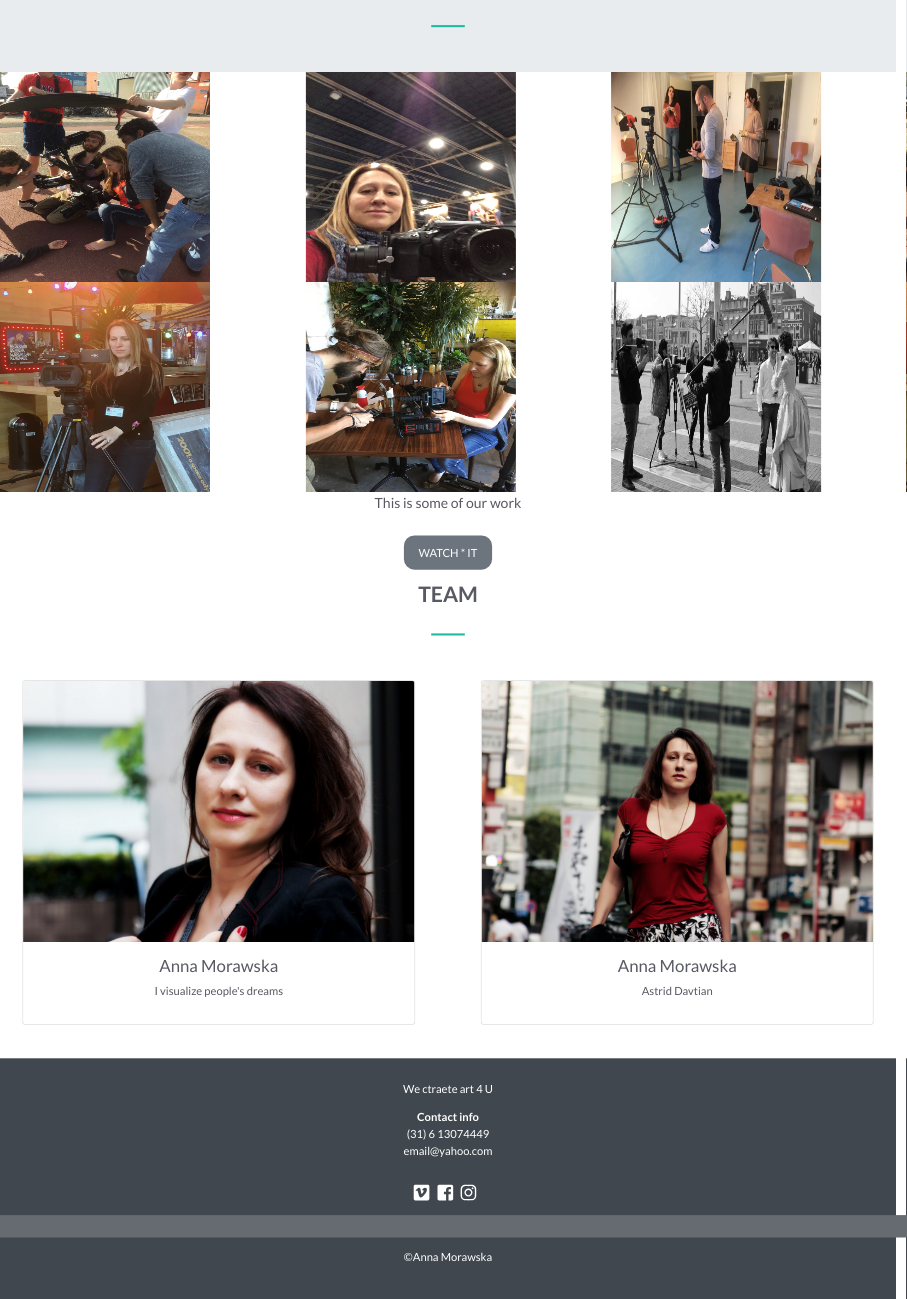
Repository: amorawskanew/My-first-website1
Page: index.html
The author's editor kept a record of every edit. The page is drawn from the files as they stood at one moment, then again after the next edit.
The browser window is 1280 px wide. The page is 1295 px wide, so the pictures cover 1295 px, including what lies to the right of the window. The pictures show the part of the page from y = 807 to 2687 px (the page is 2663 px tall before and 2687 px after), at 70% of full size.
Some web libraries are served in a nearby version.

Above is the page before.

After the next edit:
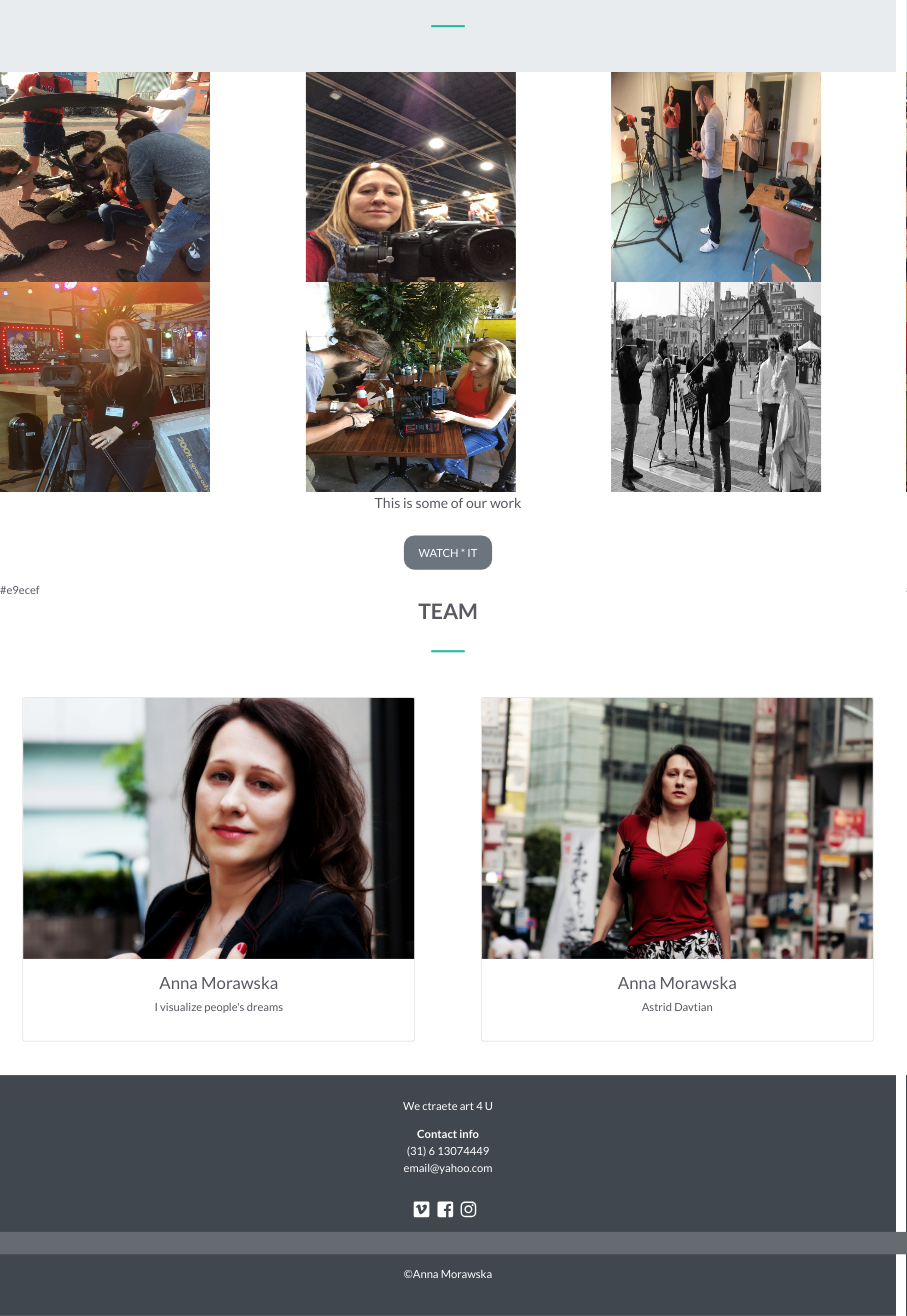
The edit:
--- a/index.html
+++ b/index.html
@@ -181,7 +181,7 @@
 
     </div><!--end jumbotron-->
 
-
+#e9ecef
 
     <!--end portfolio section-->
 

After the 3 edits that followed:
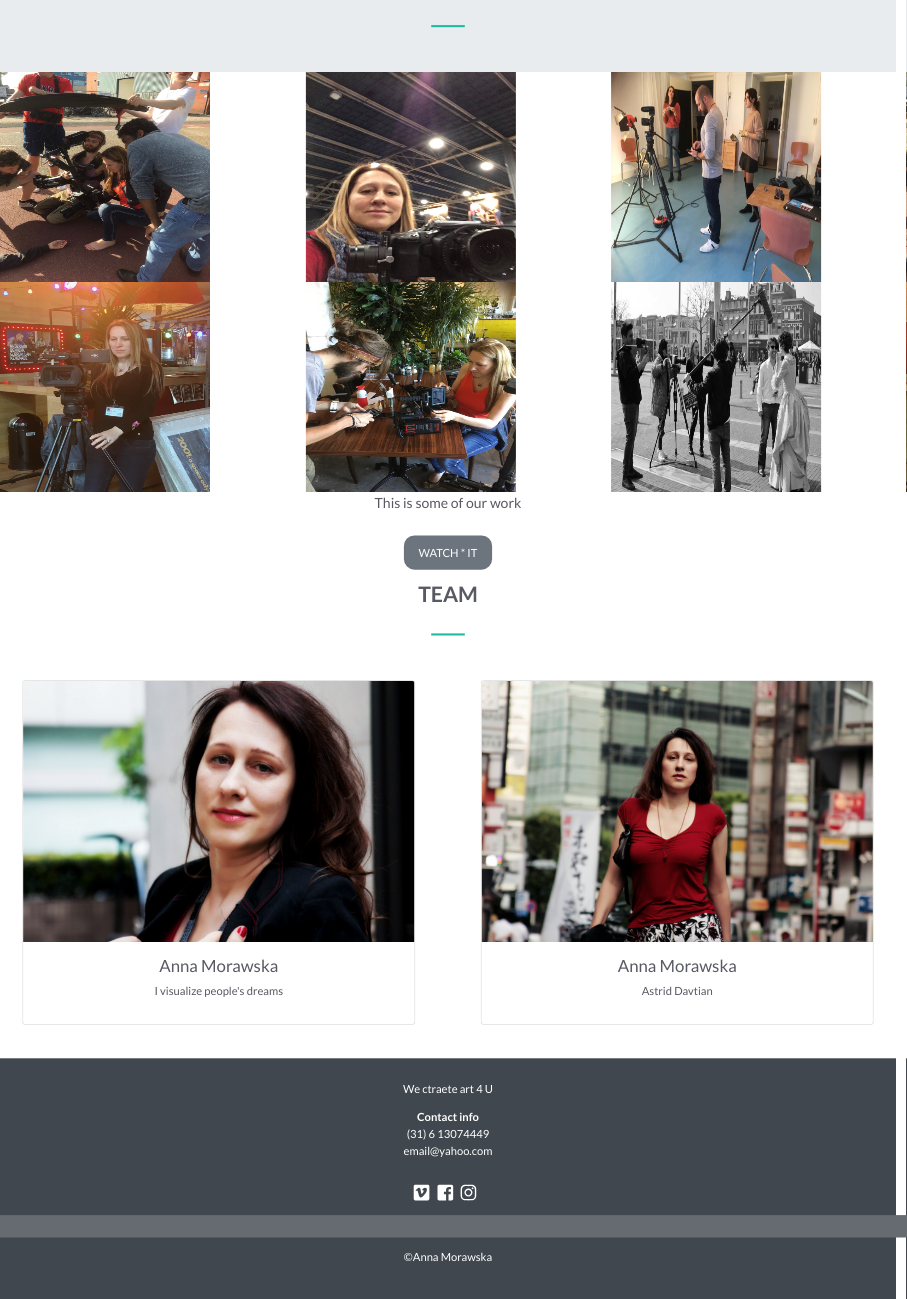
The 3 edits are shown as one change because 2 left the picture as it was.
The edit:
--- a/index.html
+++ b/index.html
@@ -181,12 +181,12 @@
 
     </div><!--end jumbotron-->
 
-#e9ecef
+
 
     <!--end portfolio section-->
 
     <!--start team section-->
-<div class=wrapper></div>
+<div class=wrapper>
     <div id="team" class="offset">
       <div class="col-12 text-center">
         <h3 class="heading">Team</h3>
@@ -215,7 +215,7 @@
 
       </div>
       <!--end of row-->
-
+</div>
     </div>
 
     <!--end team section-->
